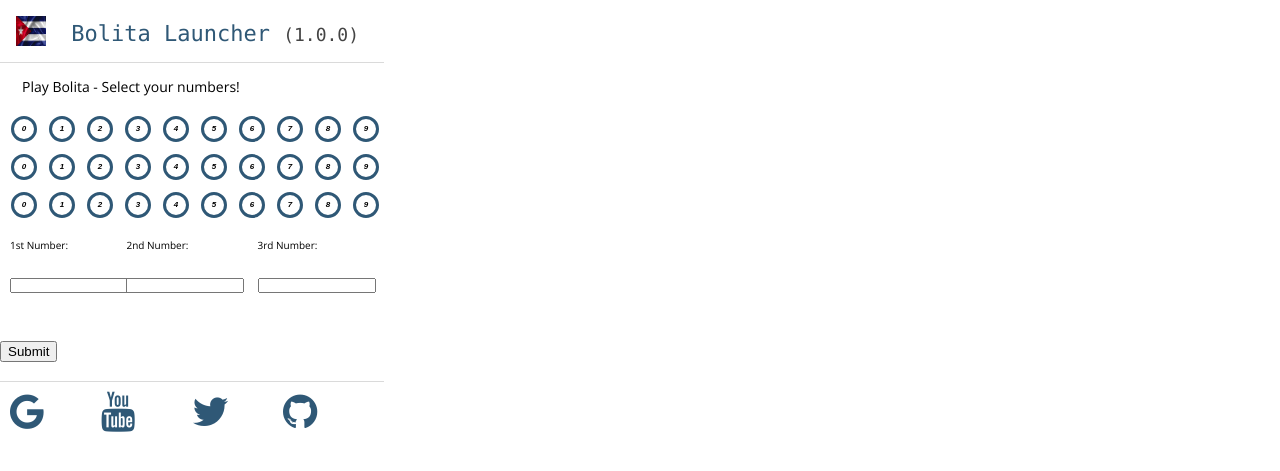
Repository: markymark617/BolitaChromeExtension
Page: popup.html
The author's editor kept a copy of each file at every save. The page is drawn from the files as they stood at one save, then again after the next save.
The browser window is 1280 px wide. The pictures show the whole page.

Above is the page before, as saved 2020-09-06 15:20:17.

After the next save:
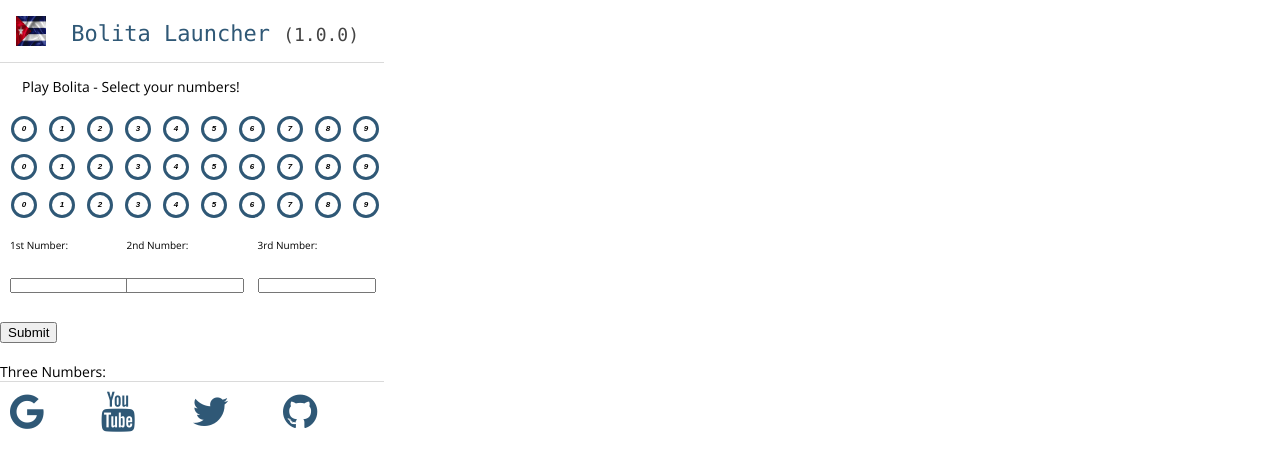
Saved 2 min 19 s later.
--- a/popup.html
+++ b/popup.html
@@ -374,11 +374,17 @@
                     <div class="column-right">
                         <input type="text" id="thirdBetInput" name="thirdBetInput" readonly="readonly">
                     </div>
-                </div>
-                    <br><br>
+
+
+                </div>
+                    <br>
                     <input type="submit" value="Submit" style="padding: 5x 10px;">
                     <br><br>
             </form>
+        </div>
+
+        <div id="allthree">
+            Three Numbers:
         </div>
 
     <div class="modal-icons">
